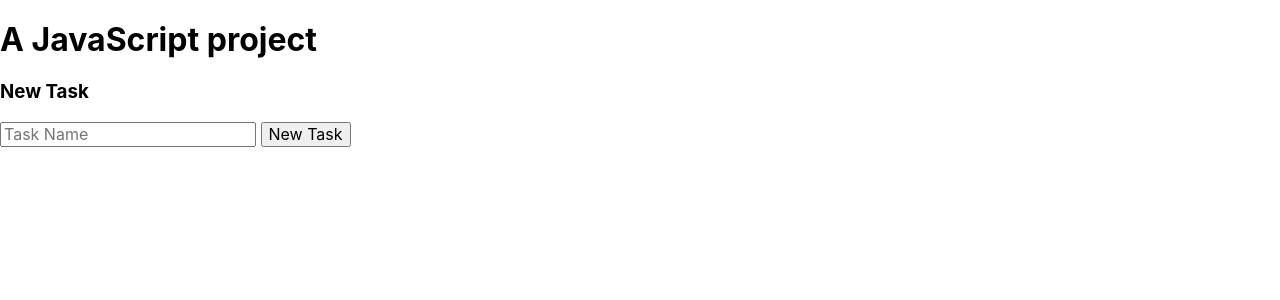
Repository: randysteele/todoapp-
Page: src/index.html
These files come from the project's save history. The page is drawn as it stood at one moment and after the next save; the edit follows.
The browser window is 1280 px wide. The pictures show the whole page.
The page's requests for data from a server got no answer.

Above is the page before, as saved 2021-02-09 15:53:54.
Console error: SyntaxError: Identifier 'backend_url' has already been declared

### src/index.html
<!DOCTYPE html>
<html lang="en">
<head>
  <title>A JavaScript project</title>
  <link rel="stylesheet" href="style.css">
  <meta name="viewport" content="width=device-width, initial-scale=1">
  <script type="application/javascript" src="/main.js" charset="UTF-8"></script>
  <script type="application/javascript" src="/task.js" charset="UTF-8"></script>

</head>
<body>
  <h1>A JavaScript project</h1>
  <div id="task-container">

  </div>
  <div class="form-container">
    <h3>New Task</h3>
    <form id="create-task-form" class="form">
     <input id="input-name" type="text" name="name" value="" placeholder="Task Name">
     <input id="Add New Task" type="submit" name="New Task" value="New Task">

    </form>


  </div>

  <div id="app"></div>
  <script src="main.js"></script>
</body>
</html>

### src/main.js
'use strict';
const backend_url = "http://localhost:3000/tasks"

document.addEventListener('DOMContentLoaded', () => {
  getTasks();
})

function getTasks(){
  fetch(backend_url)
  .then(response => response.json())
  .then(list => {
    list.forEach(task => {
      const taskMarkup = `
      <div> ${task.id}.</div>
      <h3> Task: ${task.content}</h3>
      <div> Category: ${task.category}</div>
      `
      // debugger
      document.getElementById("task-container").innerHTML += taskMarkup
    })
  })
}

### src/task.js
class Task {

    constructor(task){
        this.id = task.id
        this.content = task.content
        this.category = task.category
        this.date = task.date
        Task.all.push(this);
        debugger
    }

    renderTaskCard(){
        return `
        <div data-id=${this.id}>
        <div data-id=${this.content}>
        <div data-id=${this.category}>
        <div data-id=${this.date}>
        </div></div></div></div>
        `;

    }
}
Task.all = [];

Loaded but not shown: src/style.css (common file)

After the next save:
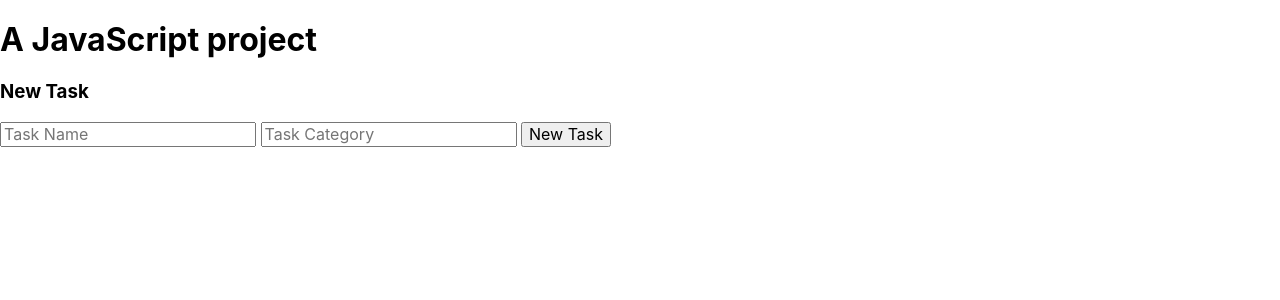
Saved 40 s later.
--- a/src/index.html
+++ b/src/index.html
@@ -17,6 +17,7 @@
     <h3>New Task</h3>
     <form id="create-task-form" class="form">
      <input id="input-name" type="text" name="name" value="" placeholder="Task Name">
+     <input id="input-name" type="text" name="name" value="" placeholder="Task Category">
      <input id="Add New Task" type="submit" name="New Task" value="New Task">
 
     </form>
